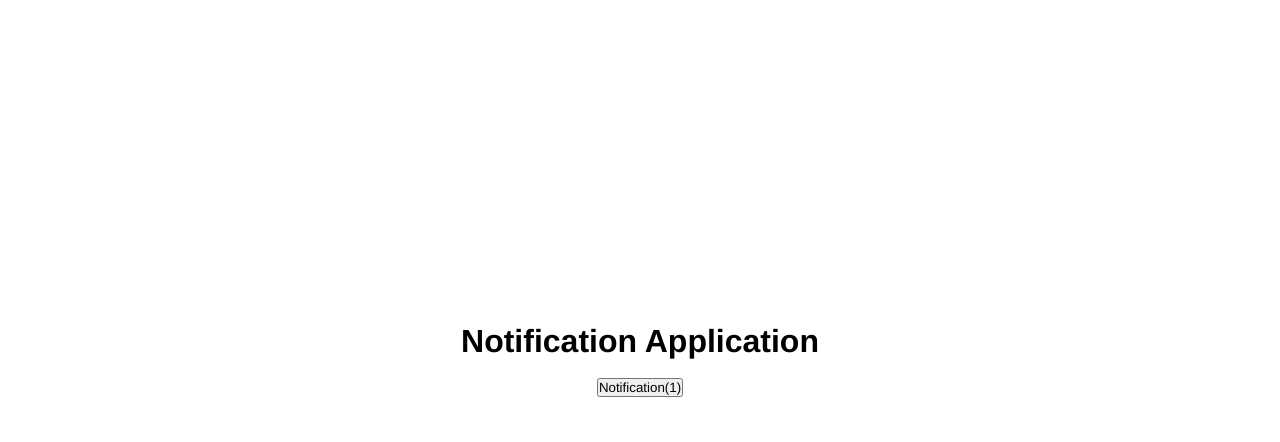
Repository: ThabangMpiti/notification3
Page: / (app in notipopu/)
An editor plug-in stored every save of this project. The page is shown before and after the next save, followed by the edit.
The browser window is 1280 px wide. The pictures show the whole page.
The project was rebuilt for these pictures with package versions that can differ from the ones it lists, and the page was loaded fresh each time.

Above is the page before, as saved 2023-07-17 03:53:52.

After the next save:
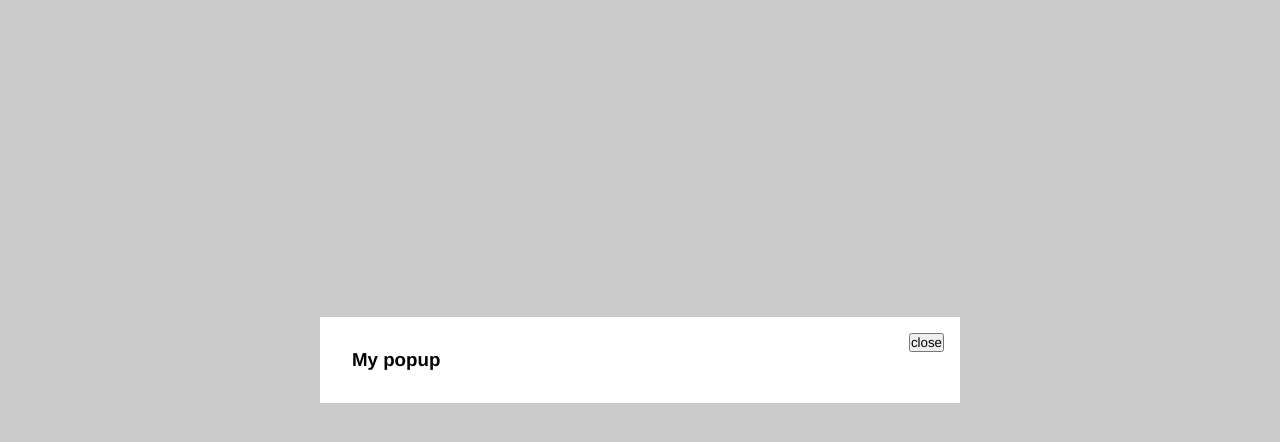
Saved 21 s later.
--- a/notipopu/src/App.js
+++ b/notipopu/src/App.js
@@ -7,7 +7,7 @@ function App() {
       <h1>Notification Application</h1>
       <br/>
       <button>Notification(1)</button>
-      <Popup trigger={false}>
+      <Popup trigger={true}>
         <h3>My popup</h3>
       </Popup>
       </main>
